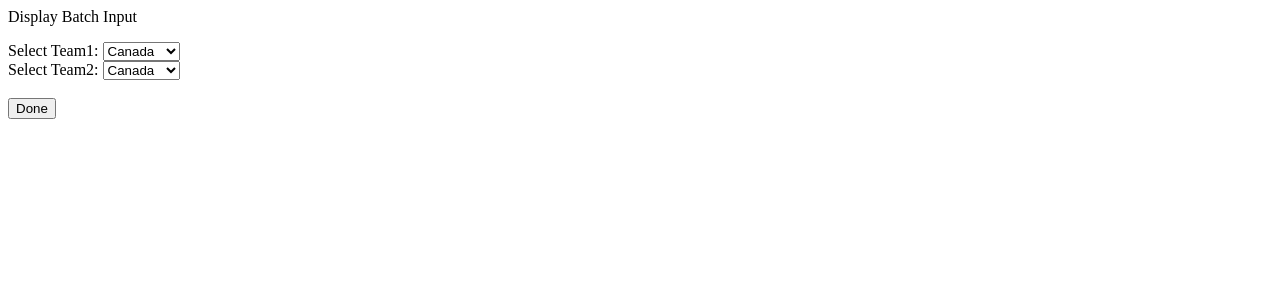
Repository: FredGlozman/SwiftScore
Page: SwiftScore/Batch.html
These files come from the project's save history. The page is drawn as it stood at one moment and after the next save; the edit follows.
The browser window is 1280 px wide. The pictures show the whole page.

Above is the page before, as saved 2015-12-03 03:32:56.

### SwiftScore/Batch.html
<html>
<head>
<title>Batch Input Mode</title>
</head>
<body>
<p>
Display Batch Input
</p>
Select Team1:
<select>
	<option name="team1" value="Canada">Canada</option>
	<option name="team1" value="Germany">Germany</option>
	<option name="team1" value="Italy">Italy</option>
</select>
<br>
Select Team2:
<select>
	<option name="team2" value="Canada">Canada</option>
	<option name="team2" value="Germany">Germany</option>
	<option name="team2" value="Italy">Italy</option>
</select>
<br><br>
<input type= "submit" value= "Done">
</body>
</html>

After the next save:
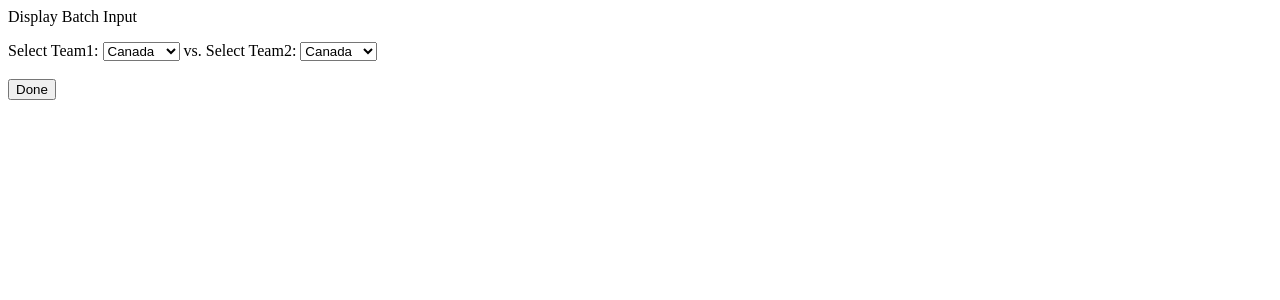
Saved 28 s later.
--- a/SwiftScore/Batch.html
+++ b/SwiftScore/Batch.html
@@ -12,7 +12,7 @@ Select Team1:
 	<option name="team1" value="Germany">Germany</option>
 	<option name="team1" value="Italy">Italy</option>
 </select>
-<br>
+vs.
 Select Team2:
 <select>
 	<option name="team2" value="Canada">Canada</option>
